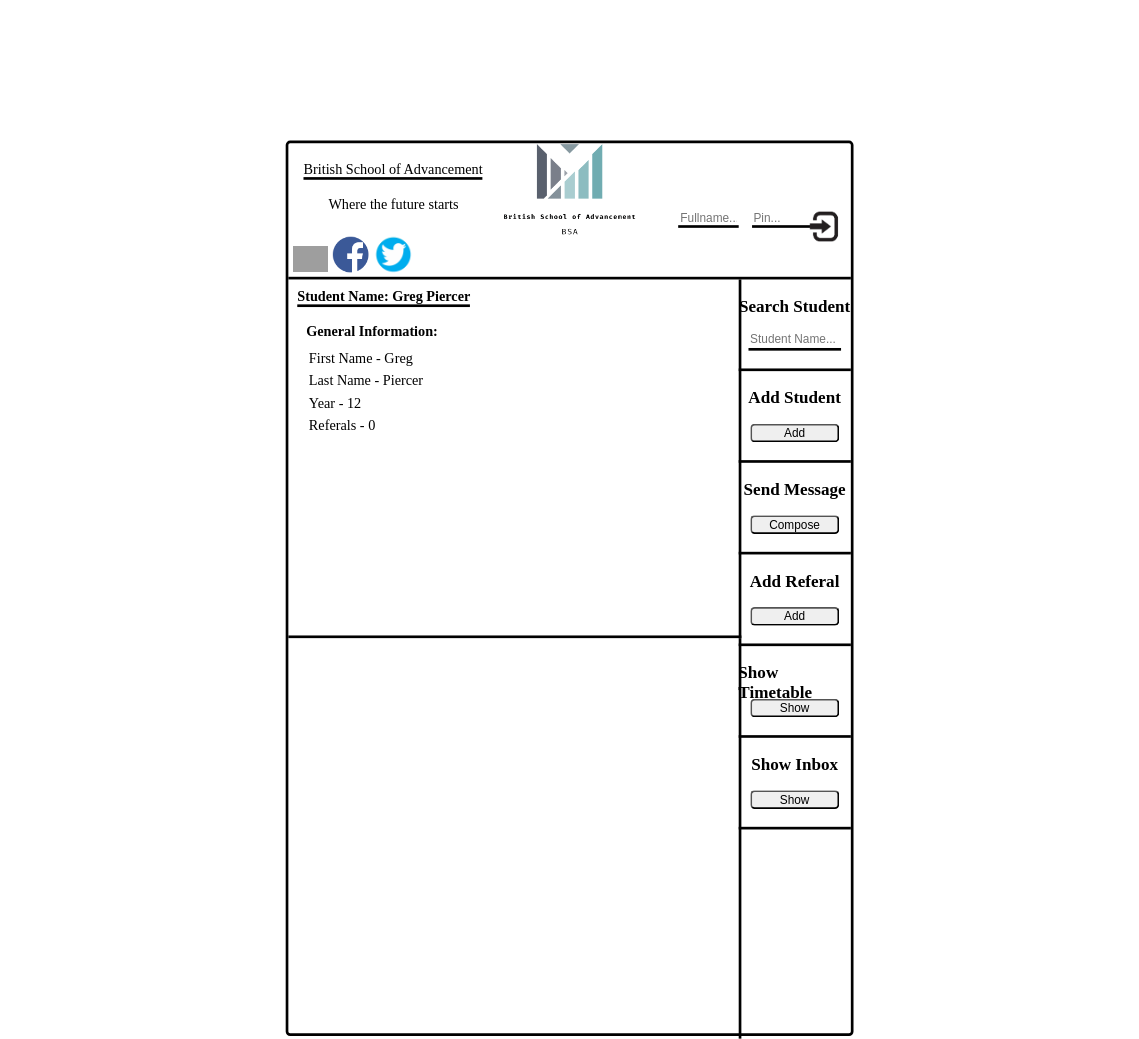
Repository: ghend99/School-app
Page: index.html
These files come from the project's save history. The page is drawn as it stood at one moment and after the next save; the edit follows.
The browser window is 1280 px wide. The pictures show the whole page, at 89% of full size.
Pictures or frames that could not be fetched are drawn as grey boxes.

Above is the page before, as saved 2023-03-24 14:25:43.

After the next save:
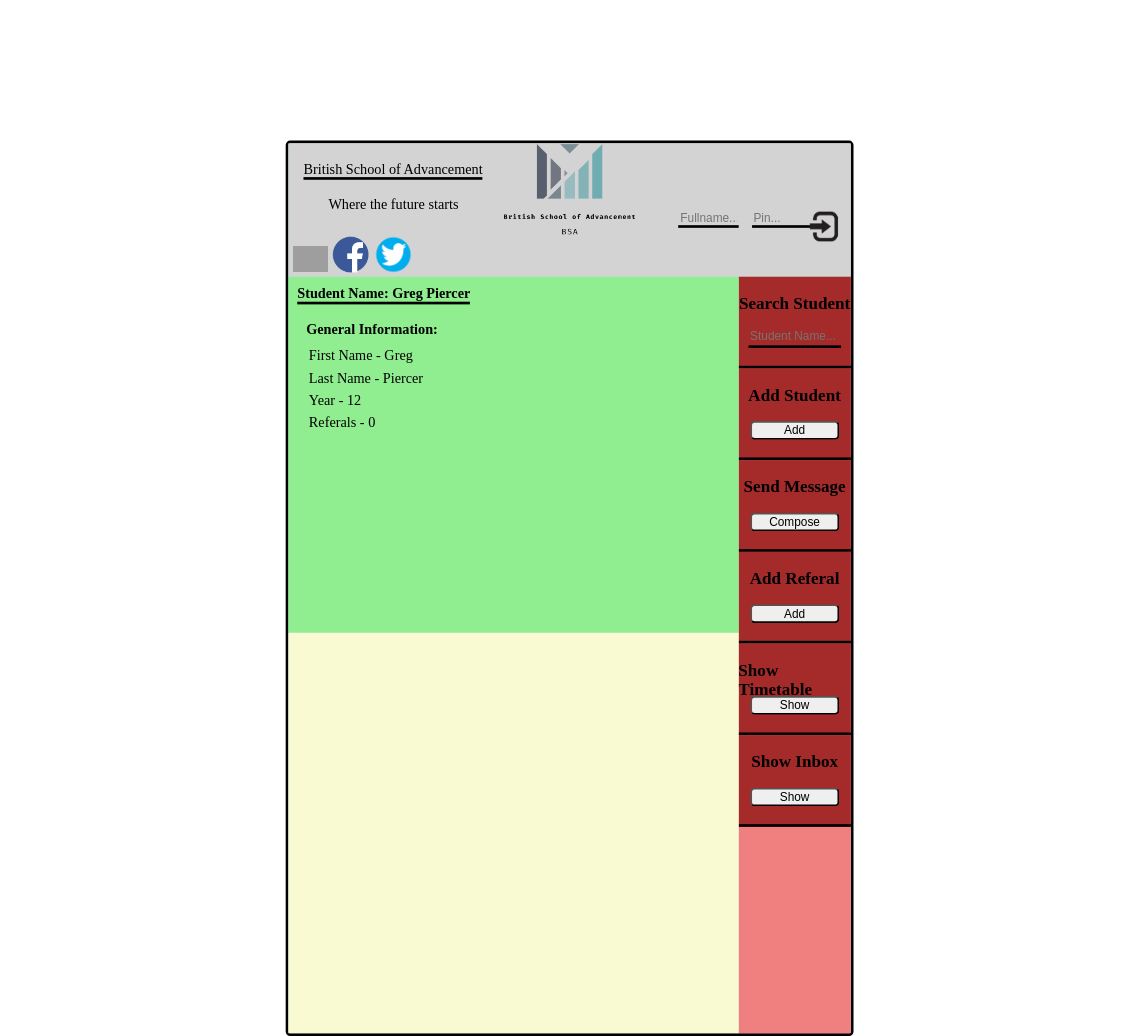
Saved 40 s later.
--- a/style.css
+++ b/style.css
@@ -7,7 +7,7 @@
   top: 150px;
   margin-left: auto;
   margin-right: auto;
-  /* background-color: lightblue; */
+  background-color: lightblue;
   border: solid;
   border-radius: 5px;
 }
@@ -17,8 +17,8 @@
   width: 100%;
   max-height: 15%;
   min-height: 150px;
-  /* background-color: lightgray; */
-  border-bottom: solid;
+  background-color: lightgray;
+  /* border-bottom: solid; */
 }
 
 .header-school-name {
@@ -103,7 +103,7 @@
   height: 85%;
   right: 0;
   flex-direction: column;
-  /* background-color: lightcoral; */
+  background-color: lightcoral;
 }
 
 #sidebar-link {
@@ -111,7 +111,7 @@
   display: flex;
   width: 100%;
   height: 100px;
-  /* background-color: brown; */
+  background-color: brown;
   justify-content: center;
   border-bottom: solid;
 }
@@ -149,9 +149,9 @@
   min-width: 50%;
   height: 40%;
   top: 0;
-  /* background-color: lightgreen; */
-  border-right: solid;
-  border-bottom: solid;
+  background-color: lightgreen;
+  /* border-right: solid;
+  border-bottom: solid; */
 }
 
 .student-information-header {
@@ -203,8 +203,8 @@
   min-width: 50%;
   height: 45%;
   bottom: 0;
-  /* background-color: lightgoldenrodyellow; */
-  border-right: solid;
+  background-color: lightgoldenrodyellow;
+  /* border-right: solid; */
 }
 
 #login-container {
